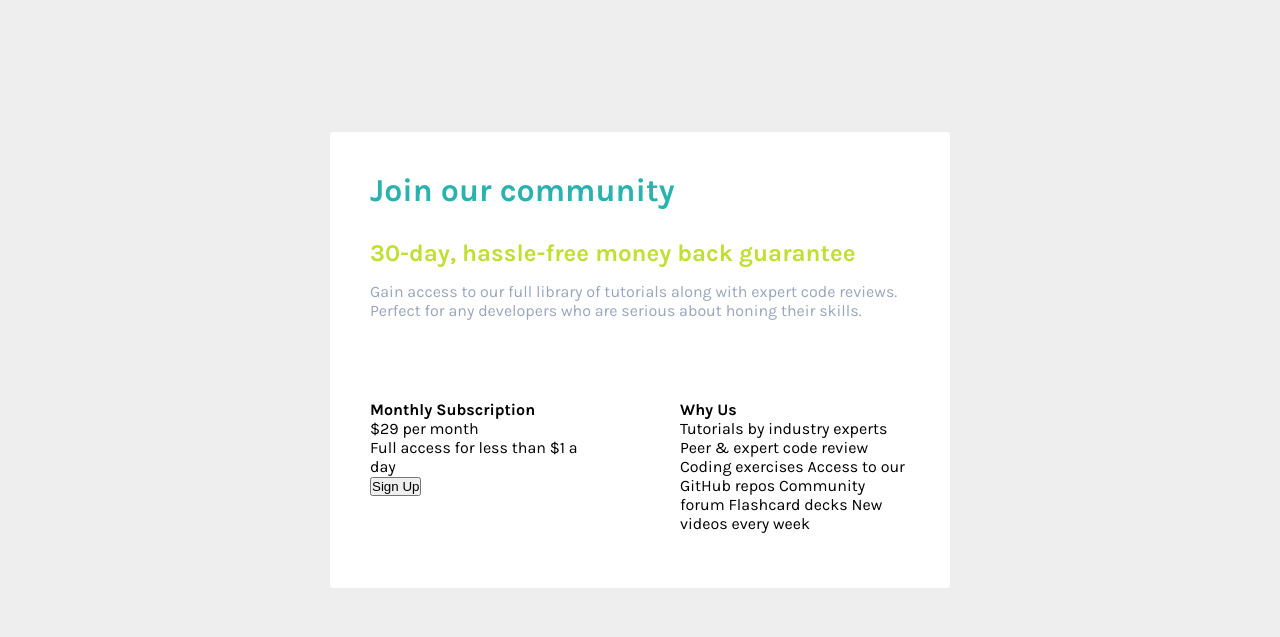
Repository: Akashiii1/WebSingleGrid_Day3
Page: index.html
These files come from the project's save history. The page is drawn as it stood at one moment and after the next save; the edit follows.
The browser window is 1280 px wide. The pictures show the whole page.

Above is the page before, as saved 2021-12-22 01:06:24.

### index.html
<!DOCTYPE html>
<html lang="en">
  <head>
    <meta charset="UTF-8" />
    <meta name="viewport" content="width=device-width, initial-scale=1.0" />
    <!-- displays site properly based on user's device -->

    <link
      rel="icon"
      type="image/png"
      sizes="32x32"
      href="./images/favicon-32x32.png"
    />

    <title>Frontend Mentor | Single Price Grid Component</title>

    <!-- Feel free to remove these styles or customise in your own stylesheet 👍 -->
    <link rel="stylesheet" href="style.css" />
    <style>
      .attribution {
        font-size: 11px;
        text-align: center;
      }
      .attribution a {
        color: hsl(228, 45%, 44%);
      }
    </style>
  </head>
  <body>
    <!-- Join our community

  30-day, hassle-free money back guarantee

  Gain access to our full library of tutorials along with expert code reviews.
  Perfect for any developers who are serious about honing their skills.

  Monthly Subscription

  &dollar;29 per month

  Full access for less than &dollar;1 a day

  Sign Up

  Why Us

  Tutorials by industry experts
  Peer &amp; expert code review
  Coding exercises
  Access to our GitHub repos
  Community forum
  Flashcard decks
  New videos every week -->
    <div class="wrapper">
      <div class="container">
        <div class="box item1">
          <h1>Join our community</h1>
          <h3>30-day, hassle-free money back guarantee</h3>
          <p>
            Gain access to our full library of tutorials along with expert code
            reviews. Perfect for any developers who are serious about honing
            their skills.
          </p>
        </div>
        <div class="box item2">
          <h4>Monthly Subscription</h4>
          <span>&dollar;29 per month</span>
          <p>Full access for less than &dollar;1 a day</p>
          <button class="btn">Sign Up</button>
        </div>
        <div class="box item3">
          <h4>Why Us</h4>
          <p>
            Tutorials by industry experts Peer &amp; expert code review Coding
            exercises Access to our GitHub repos Community forum Flashcard decks
            New videos every week
          </p>
        </div>
      </div>
    </div>
    <!-- <footer>
    <p class="attribution">
      Challenge by <a href="https://www.frontendmentor.io?ref=challenge" target="_blank">Frontend Mentor</a>.
      Coded by <a href="#">Your Name Here</a>.
    </p>
  </footer> -->
  </body>
</html>

### style.css

@import url('https://fonts.googleapis.com/css2?family=Karla:wght@400;700&display=swap');
:root{
  --Cyan: hsl(179, 62%, 43%);
 --BrightYellow: hsl(71, 73%, 54%);
 --LightGray: hsl(204, 43%, 93%);
 --GrayishBlue: hsl(218, 22%, 67%);
}
html {
box-sizing: border-box;
}
*{
margin: 0;
padding: 0;
}
*,*:before,*:after {
box-sizing: border-box;
}
input,
textarea,
select,
button{
outline: none;
}
input{
line-height: normal;
}
label,
button{
cursor: pointer;
}
a {
text-decoration: none;
}
img {
display: block;
max-width: 100%;
}
body{
  font-family: 'Karla', sans-serif;
  display: flex;
  justify-content: center;
  align-items: center;
  min-height: 100vh;
  background-color: #eee;
}
.wrapper{
  max-width: 620px;
  background-color: #fff;
  border-radius: 4px;
  overflow: hidden;
}
.container{
  display: grid;
  grid-template-columns:1fr 1fr;
  grid-template-rows: 1fr 1fr;
  grid-template-areas:"it1 it1"
                      "it2 it3";
}
.item1{
  grid-area: it1;
}
.item2{
  grid-area: it2;

}
.item3{
  grid-area: it3;
}
.box{
  padding: 40px;
}
.item1 h1{
  font-size: 32px;
  color:var(--Cyan) ;
  margin-bottom: 30px;
}
.item1 h3{
  color: var(--BrightYellow);
  font-size: 24px;
  margin-bottom: 15px;
}
.item1 p{
  color: var(--GrayishBlue);
  font-weight: 400;
  line-height: 1.2;

}

After the next save:
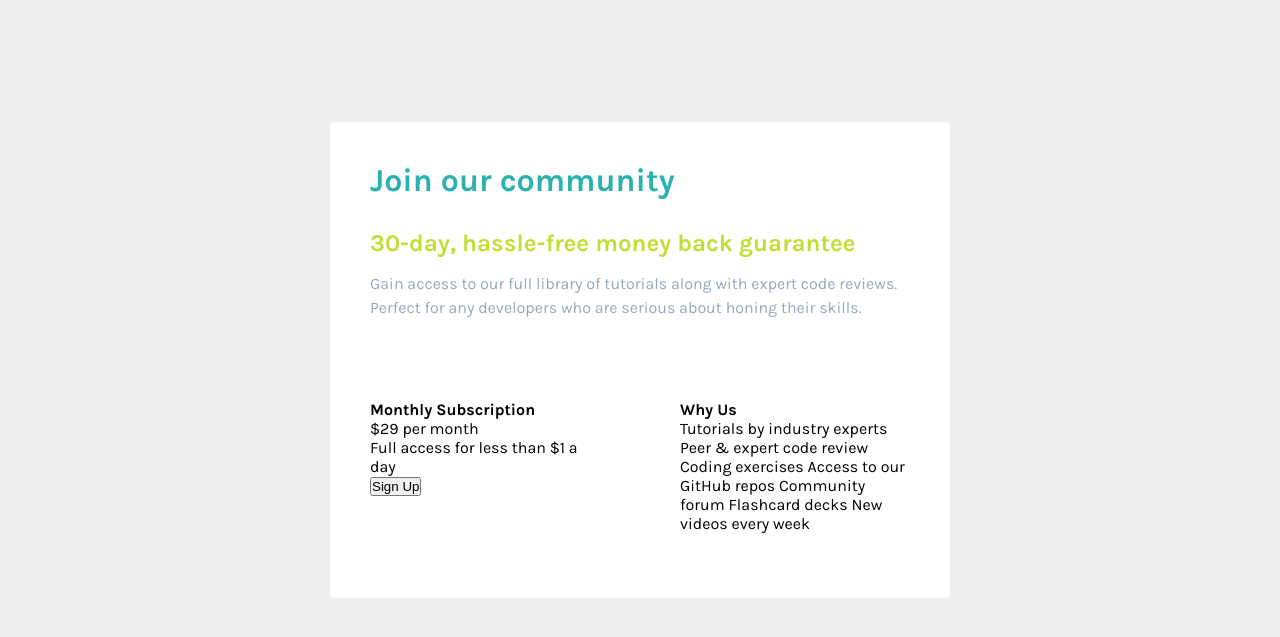
Saved 23 s later.
--- a/style.css
+++ b/style.css
@@ -83,6 +83,6 @@ body{
 .item1 p{
   color: var(--GrayishBlue);
   font-weight: 400;
-  line-height: 1.2;
+  line-height: 1.5;
 
 }
